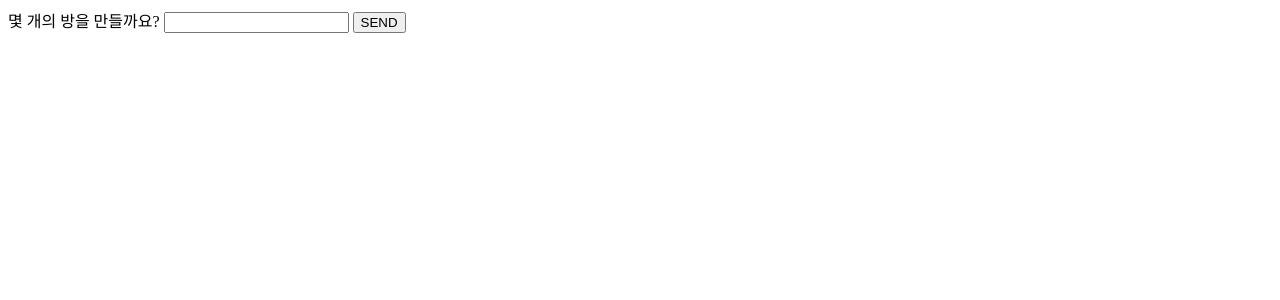
Repository: HeonchanKim/smhrd_jsp
Page: Servlet/src/main/webapp/ex04.html
These files come from the project's save history. The page is drawn as it stood at one moment and after the next save; the edit follows.
The browser window is 1280 px wide. The pictures show the whole page.

Above is the page before, as saved 2022-01-27 06:30:08.

After the next save:
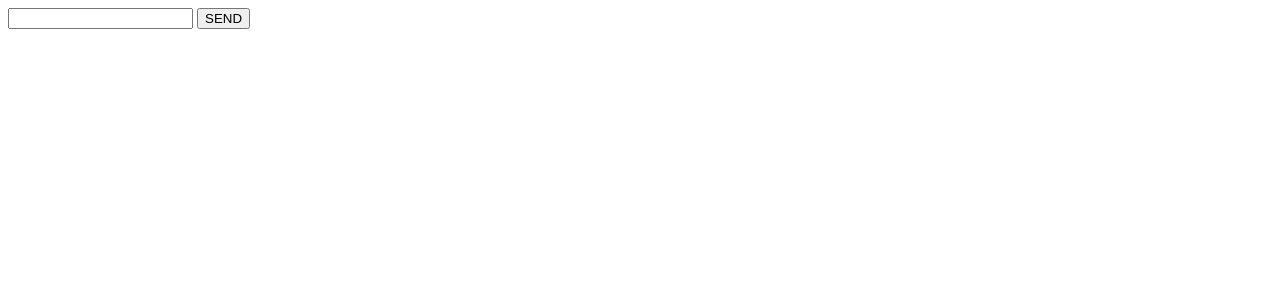
Saved 58 s later.
--- a/Servlet/src/main/webapp/ex04.html
+++ b/Servlet/src/main/webapp/ex04.html
@@ -7,12 +7,12 @@
 <body>
 	<!--
 		사용자가 서버프로그램으로 값을 보낼 수 있는 두가지 방법
-		get :
+		get :URL을 통해서 데이터를 전달 /
 
 		post :
 	 -->
 	<form action="ex04" method="get">
-		몇 개의 방을 만들까요? <input type="text" name="text">
+		<input type="text" name="text">
 		<input type="submit" value="SEND">
 	</form>
 </body>
